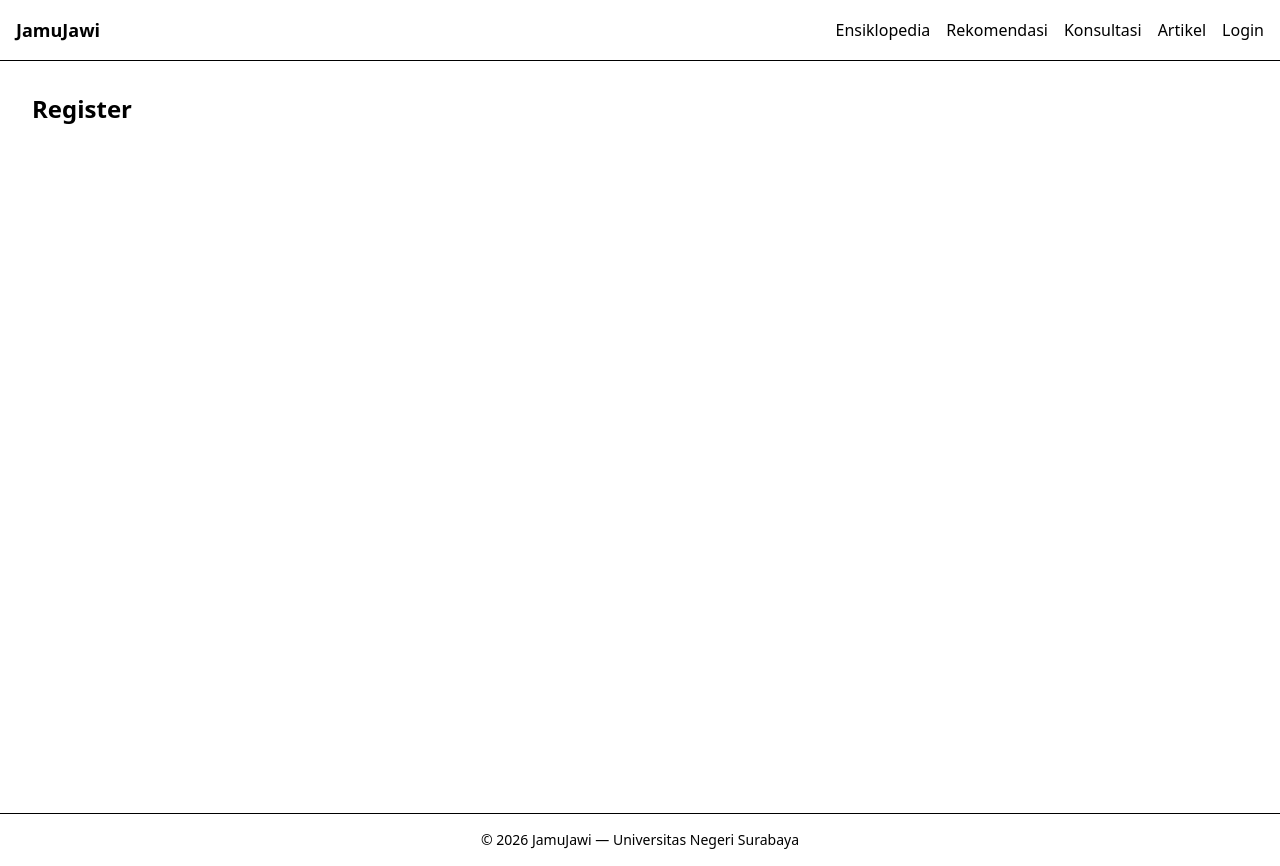
Repository: VergiMutiaRahmasyani/JampiJawi
Page: /register
The author's editor kept a copy of each file at every save. The page is drawn from the files as they stood at one save, then again after the next save.
The browser window is 1280 px wide. The pictures show the whole page.
The project was rebuilt for these pictures with package versions that can differ from the ones it lists, and the page was loaded fresh each time. Also part of the build but not shown: vite.config.js, src/components/shared/ProtectedRoute.jsx, src/pages/HomePage.jsx, src/pages/LoginPage.jsx, src/pages/EnsiklopediaPage.jsx, src/pages/DetailHerbalPage.jsx, src/pages/RekomendasiPage.jsx, src/pages/HasilRekomendasiPage.jsx and 5 more.

Above is the page before, as saved 2026-09-09 16:29:32.

After the next save:
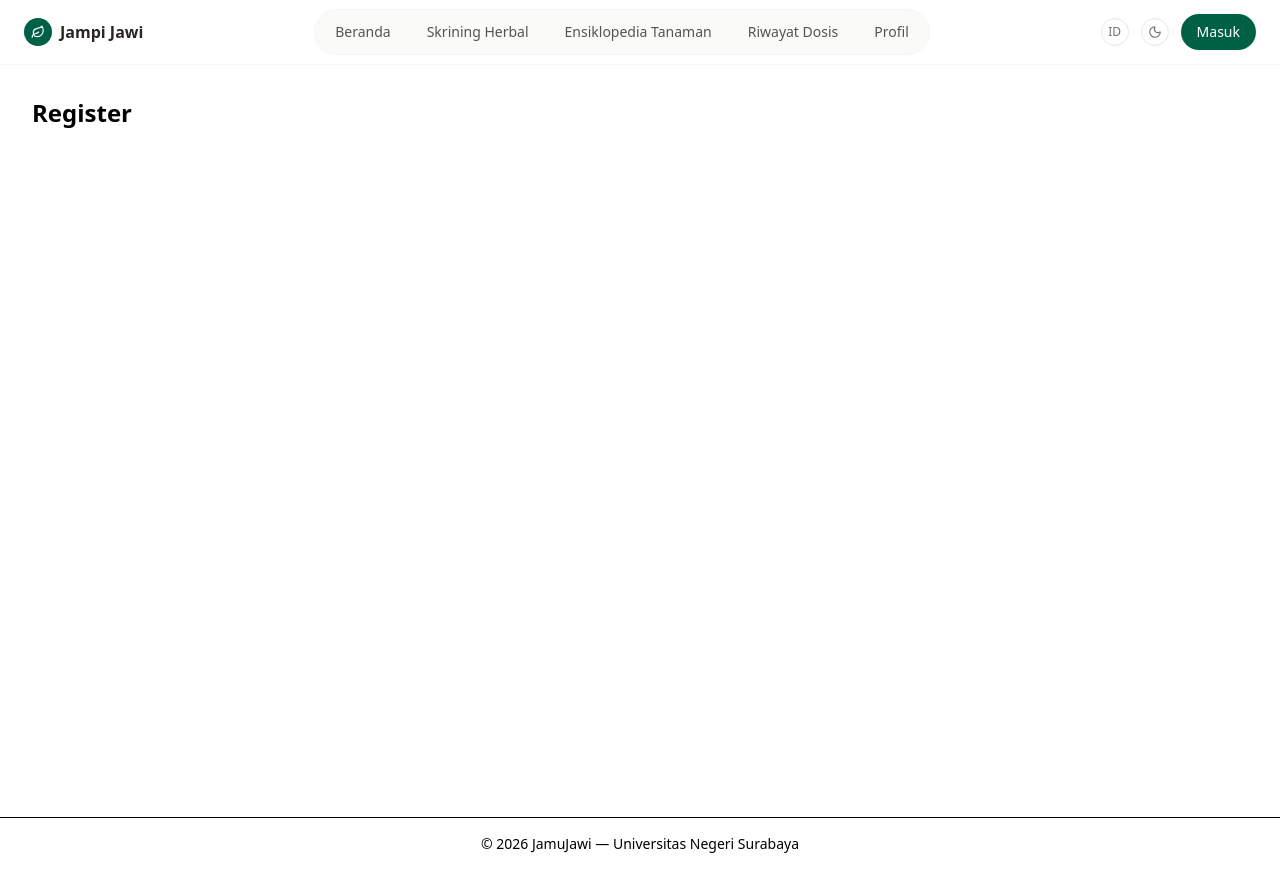
Saved 3 h 5 min later.
--- a/src/components/layout/Navbar.jsx
+++ b/src/components/layout/Navbar.jsx
@@ -1,27 +1,85 @@
-import { Link } from "react-router-dom";
+import { Link, useLocation } from "react-router-dom";
+import { Leaf, Moon, LogOut, User } from "lucide-react";
 import { useAuth } from "../../context/AuthContext";
 
+const menu = [
+  { label: "Beranda", to: "/" },
+  { label: "Skrining Herbal", to: "/rekomendasi" },
+  { label: "Ensiklopedia Tanaman", to: "/ensiklopedia" },
+  { label: "Riwayat Dosis", to: "/riwayat" },
+  { label: "Profil", to: "/profil" },
+];
+
 export default function Navbar() {
+  const { pathname } = useLocation();
   const { user, logout } = useAuth();
 
   return (
-    <nav className="flex items-center justify-between p-4 border-b">
-      <Link to="/" className="font-bold text-lg">JamuJawi</Link>
-      <div className="flex gap-4 items-center">
-        <Link to="/ensiklopedia">Ensiklopedia</Link>
-        <Link to="/rekomendasi">Rekomendasi</Link>
-        <Link to="/konsultasi">Konsultasi</Link>
-        <Link to="/artikel">Artikel</Link>
-        {user ? (
-          <>
-            <Link to="/riwayat">Riwayat</Link>
-            <Link to="/profil">Profil</Link>
-            <button onClick={logout} className="text-red-600">Logout</button>
-          </>
-        ) : (
-          <Link to="/login">Login</Link>
-        )}
+    <header className="sticky top-0 z-50 bg-white/80 backdrop-blur border-b border-stone-100">
+      <div className="max-w-7xl mx-auto px-6 h-16 flex items-center justify-between">
+        {/* Logo */}
+        <Link to="/" className="flex items-center gap-2 font-semibold text-stone-800">
+          <span className="w-7 h-7 rounded-full bg-emerald-800 flex items-center justify-center">
+            <Leaf size={14} className="text-white" />
+          </span>
+          Jampi Jawi
+        </Link>
+
+        {/* Pill menu tengah */}
+        <nav className="hidden md:flex items-center gap-1 bg-stone-50 border border-stone-100 rounded-full p-1">
+          {menu.map(({ label, to }) => {
+            const active = pathname === to;
+            return (
+              <Link
+                key={to}
+                to={to}
+                className={`px-4 py-2 rounded-full text-sm font-medium transition ${
+                  active
+                    ? "bg-emerald-800 text-white"
+                    : "text-stone-600 hover:text-stone-900"
+                }`}
+              >
+                {label}
+              </Link>
+            );
+          })}
+        </nav>
+
+        {/* Ikon kanan */}
+        <div className="flex items-center gap-3">
+          <button className="text-xs font-medium text-stone-500 hover:text-stone-800 w-7 h-7 rounded-full border border-stone-200 flex items-center justify-center">
+            ID
+          </button>
+          <button className="text-stone-500 hover:text-stone-800 w-7 h-7 rounded-full border border-stone-200 flex items-center justify-center">
+            <Moon size={14} />
+          </button>
+
+          {user ? (
+            <>
+              <Link
+                to="/profil"
+                className="w-8 h-8 rounded-full bg-emerald-100 text-emerald-800 flex items-center justify-center"
+              >
+                <User size={15} />
+              </Link>
+              <button
+                onClick={logout}
+                className="text-stone-400 hover:text-red-600"
+                title="Logout"
+              >
+                <LogOut size={16} />
+              </button>
+            </>
+          ) : (
+            <Link
+              to="/login"
+              className="text-sm font-medium bg-emerald-800 text-white px-4 py-2 rounded-full"
+            >
+              Masuk
+            </Link>
+          )}
+        </div>
       </div>
-    </nav>
+    </header>
   );
 }
